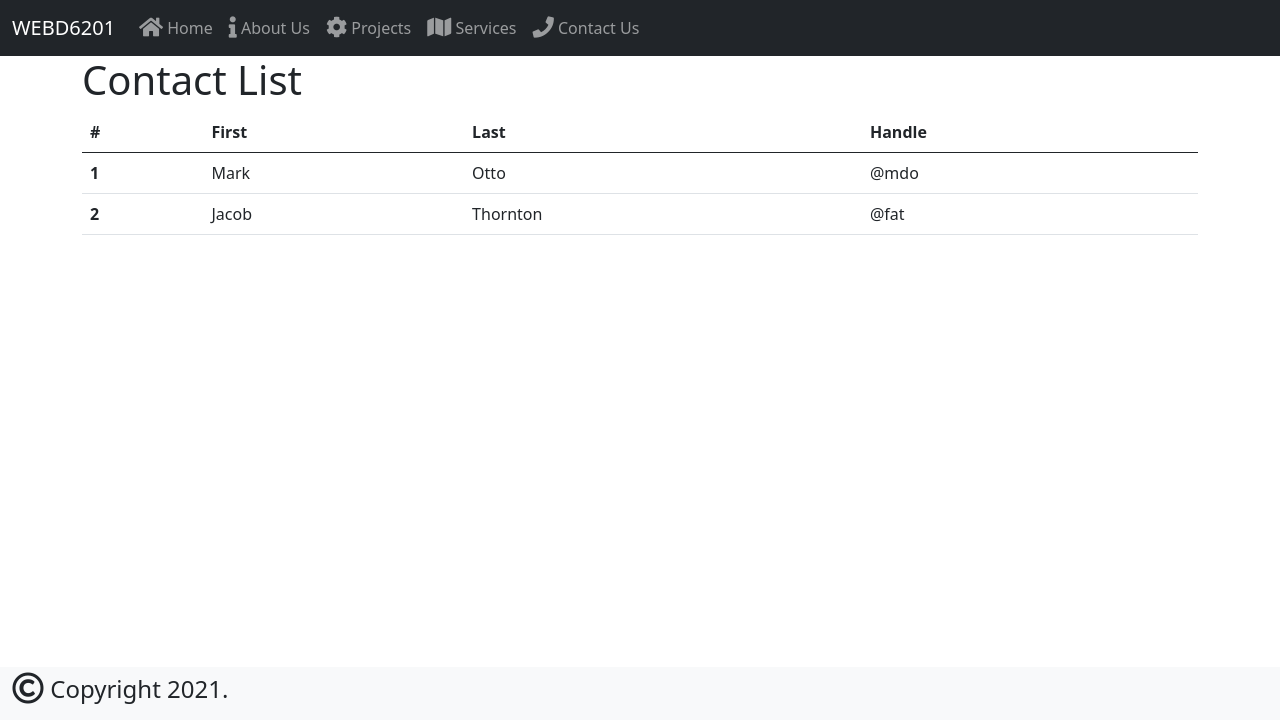
Repository: ahmedrizvi/WEB6201-W2021-ICE02
Page: contact-list.html
An editor plug-in stored every save of this project. The page is shown before and after the next save, followed by the edit.
The browser window is 1280 px wide. The pictures show the whole page.

Above is the page before, as saved 2021-01-29 22:24:43.

### contact-list.html
<!DOCTYPE html>
<html lang="en">
<head>
    <meta charset="UTF-8">
    <meta name="viewport" content="width=device-width, initial-scale=1.0">
    <title>Contact List</title>
    <!-- CSS Section -->
    <link rel="stylesheet" href="./node_modules/bootstrap/dist/css/bootstrap.min.css">
    <link rel="stylesheet" href="./node_modules/@fortawesome/fontawesome-free/css/all.min.css">
    <link rel="stylesheet" href="./Content/app.css">
</head>
<body>
    <!-- Main Header -->
    <header>
        <!-- Main Navigation -->
        <nav class="navbar navbar-expand-lg navbar-dark bg-dark">
            <div class="container-fluid">
              <a class="navbar-brand" href="index.html">WEBD6201</a>
              <button class="navbar-toggler" type="button" data-bs-toggle="collapse" data-bs-target="#navbarSupportedContent" aria-controls="navbarSupportedContent" aria-expanded="false" aria-label="Toggle navigation">
                <span class="navbar-toggler-icon"></span>
              </button>
              <div class="collapse navbar-collapse" id="navbarSupportedContent">
                <ul class="navbar-nav me-auto mb-2 mb-lg-0">
                  <li class="nav-item">
                    <a class="nav-link" aria-current="page" href="index.html"><i class="fas fa-home fa-lg"></i> Home</a>
                  </li>

                  <li class="nav-item">
                    <a class="nav-link" aria-current="page" href="about.html"><i class="fas fa-info fa-lg"></i> About Us</a>
                  </li>

                  <li class="nav-item">
                    <a class="nav-link" aria-current="page" href="projects.html"><i class="fas fa-cog fa-lg"></i> Projects</a>
                  </li>

                  <li class="nav-item">
                    <a class="nav-link" aria-current="page" href="services.html"><i class="fas fa-map fa-lg"></i> Services</a>
                  </li>

                  <li class="nav-item">
                    <a class="nav-link" aria-current="page" href="contact.html"><i class="fas fa-phone fa-lg"></i> Contact Us</a>
                  </li>
                </ul>
              </div>
            </div>
          </nav>
    </header>

    <!-- Main Content -->
    <main class="container">
        <h1>Contact List</h1>

        <div class="row">
          <div class="col">
            <table class="table">
              <thead>
                <tr>
                  <th scope="col">#</th>
                  <th scope="col">First</th>
                  <th scope="col">Last</th>
                  <th scope="col">Handle</th>
                </tr>
              </thead>
              <tbody>
                <tr>
                  <th scope="row">1</th>
                  <td>Mark</td>
                  <td>Otto</td>
                  <td>@mdo</td>
                </tr>
                <tr>
                  <th scope="row">2</th>
                  <td>Jacob</td>
                  <td>Thornton</td>
                  <td>@fat</td>
                </tr>
              </tbody>
            </table>
          </div>
        </div>
    </main>

    <!-- Main Footer -->
    <footer>
        <nav class="navbar fixed-bottom navbar-light bg-light">
            <div class="container-fluid">
              <h4><i class="far fa-copyright fa-lg"></i> Copyright 2021.</h4>
            </div>
          </nav>
    </footer>

    <!-- Script Section-->
    <script src="./node_modules/jquery/dist/jquery.min.js"></script>
    <script src="./node_modules/bootstrap/dist/js/bootstrap.bundle.min.js"></script>
    <script src="./Scripts/contact.js"></script>
    <script src="./Scripts/app.js"></script>
</body>
</html>

### Scripts/contact.js
"use strict";

// Contact class
class Contact {
  // getters and setters
  get FullName() {
    return this.m_fullName;
  }
  set FullName(value) {
    this.m_fullName = value;
  }
  get ContactNumber() {
    return this.m_contactNumber;
  }
  set ContactNumber(value) {
    this.m_contactNumber = value;
  }
  get EmailAddress() {
    return this.m_emailAddress;
  }
  set EmailAddress(value) {
    this.m_emailAddress = value;
  }

  // constructor

  /**
   * @param {string} fullName
   * @param {string} contactNumber
   * @param {string} emailAddress
   */
  constructor(fullName = "", contactNumber = "", emailAddress = "")
  {
    this.FullName = fullName;
    this.ContactNumber = contactNumber;
    this.EmailAddress = emailAddress;
  }

  // methods

  /**
   * This method overrides the built-in toString method for the Contact class
   *
   * @returns {string}
   */
  toString() {
    return `Full Name      : ${this.FullName} \nContact Number : ${this.ContactNumber} \nEmail Address  : ${this.EmailAddress}`;
  }

  /**
   * This method returns a JSON object made up of the properties from the Contact class
   *
   * @return {Object}
   */
  toJSON(){
    return {
      "fullName": this.FullName,
      "contactNumber": this.ContactNumber,
      "emailAddress": this.EmailAddress
    }
  }

  /**
   * This method converts the Contact into a comma separated string
   *
   * @return {string}
   */
  serialize(){
    if(this.FullName !== "" && this.ContactNumber !== "" && this.EmailAddress !== ""){
      return `${this.FullName},${this.ContactNumber},${this.EmailAddress}`;
    }
    else{
      console.error("One or more of the Contact's properties is empty");
      return null;
    }

  }

  /**
   * This method takes a comma-separated data string and assigns the values to the
   * Contact class properties.
   *
   * @param {string} data
   * @returns {void}
   */
  deserialize(data){
    let propertyArray = data.split(",");
    this.FullName = propertyArray[0];
    this.ContactNumber = propertyArray[1];
    this.EmailAddress = propertyArray[2];
  }
}

### Scripts/app.js
/* custom JavaScript goes here */

//IIFE - Immediately Invoked Function Expression
//AKA - Anonymous Self-Executing Function
//Closure - limits scope leak

"use strict";

(function()
{
    function displayHome()
    {
        let paragraphOneText =
          "This is a simple site to demonstrate DOM Manipulation for ICE 1";

        let paragraphOneElement = document.getElementById("paragraphOne");

        paragraphOneElement.textContent = paragraphOneText;
        paragraphOneElement.className = "fs-5";

        // Step 1. document.createElement
        let newParagraph = document.createElement("p");
        // Step 2. configure the element
        newParagraph.setAttribute("id", "paragraphTwo");
        newParagraph.textContent = "...And this is paragraph two";
        // Step 3. select the parent element
        let mainContent = document.getElementsByTagName("main")[0];
        // Step 4. Add / Insert the element
        mainContent.appendChild(newParagraph);

        newParagraph.className = "fs-6";

        // another way of injecting content
        let paragraphDiv = document.createElement("div");
        let paragraphThree = `<p id="paragraphThree" class="fs-7 fw-bold">And this is the Third Paragraph</p>`;
        paragraphDiv.innerHTML = paragraphThree;

        // insertions

        // example of inserting before a node
        //newParagraph.before(paragraphDiv);

        // example of inserting after a node
        newParagraph.after(paragraphDiv);

        // deletions

        // example of removing a single element
        //paragraphOneElement.remove();

        // example of removeChild
        mainContent.removeChild(paragraphOneElement);

        // update / modification
        //mainContent.firstElementChild.textContent = "Welcome Home!";

        mainContent.innerHTML = `<h1 id="firstHeading">Welcome to WEBD6201 - Lab 1</h1>
         <p id="paragraphOne" class="fs-3 fw-bold">This is my first Paragraph</p>
        `;

    }

    function displayAbout()
    {

    }

    function displayProjects()
    {

    }

    function displayServices()
    {

    }

    function displayContact()
    {
        let messageArea = document.getElementById("messageArea");
        messageArea.hidden = true;

        // form validation
        let fullName = document.getElementById("fullName");
        fullName.addEventListener("blur", function() {
            if(fullName.value.length < 2)
            {
                fullName.focus();
                fullName.select();
                messageArea.hidden = false;
                messageArea.className = "alert alert-danger";
                messageArea.textContent = "Please enter an appropriate Name";
            }
            else
            {
                messageArea.removeAttribute("class");
                messageArea.hidden = true;
            }
        });

        let sendButton = document.getElementById("sendButton");
        sendButton.addEventListener("click", function(event){
            //event.preventDefault();

            let contact = new Contact(fullName.value, contactNumber.value, emailAddress.value);

            if (contact.serialize()){
              localStorage.setItem((localStorage.length + 1).toString(), contact.serialize());
            }

        });
    }

    function displayContactList(){

    }

    function Start()
    {
        console.log("App Started...");

        switch (document.title)
        {
          case "Home":
              displayHome();
            break;
          case "About":
              displayAbout();
            break;
          case "Projects":
              displayProjects();
            break;
          case "Services":
              displayServices();
            break;
          case "Contact":
              displayContact();
            break;
            case "Contact-List":
              displayContactList();
            break;
        }

    }

    window.addEventListener("load", Start);

})();

Loaded but not shown: node_modules/bootstrap/dist/css/bootstrap.min.css (library); node_modules/@fortawesome/fontawesome-free/css/all.min.css (library); Content/app.css (common file); node_modules/jquery/dist/jquery.min.js (library); node_modules/bootstrap/dist/js/bootstrap.bundle.min.js (library)

After the next save:
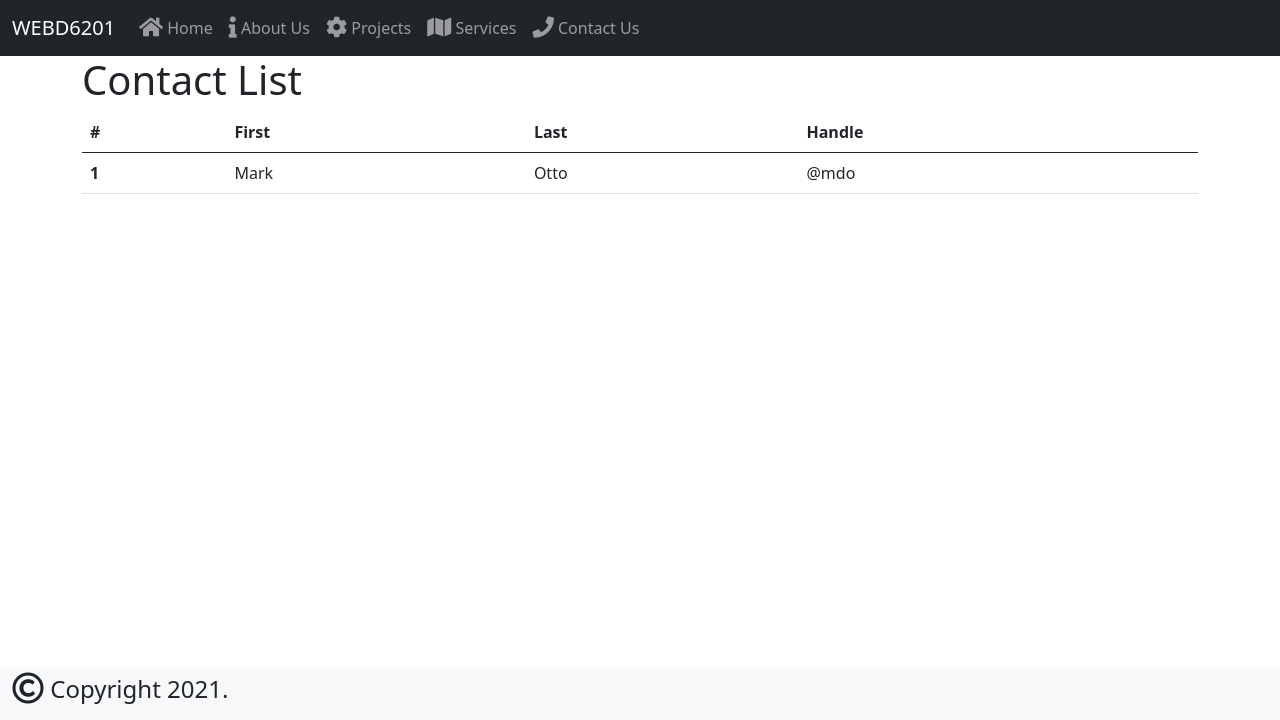
Saved 22 s later.
--- a/contact-list.html
+++ b/contact-list.html
@@ -68,12 +68,6 @@
                   <td>Otto</td>
                   <td>@mdo</td>
                 </tr>
-                <tr>
-                  <th scope="row">2</th>
-                  <td>Jacob</td>
-                  <td>Thornton</td>
-                  <td>@fat</td>
-                </tr>
               </tbody>
             </table>
           </div>
